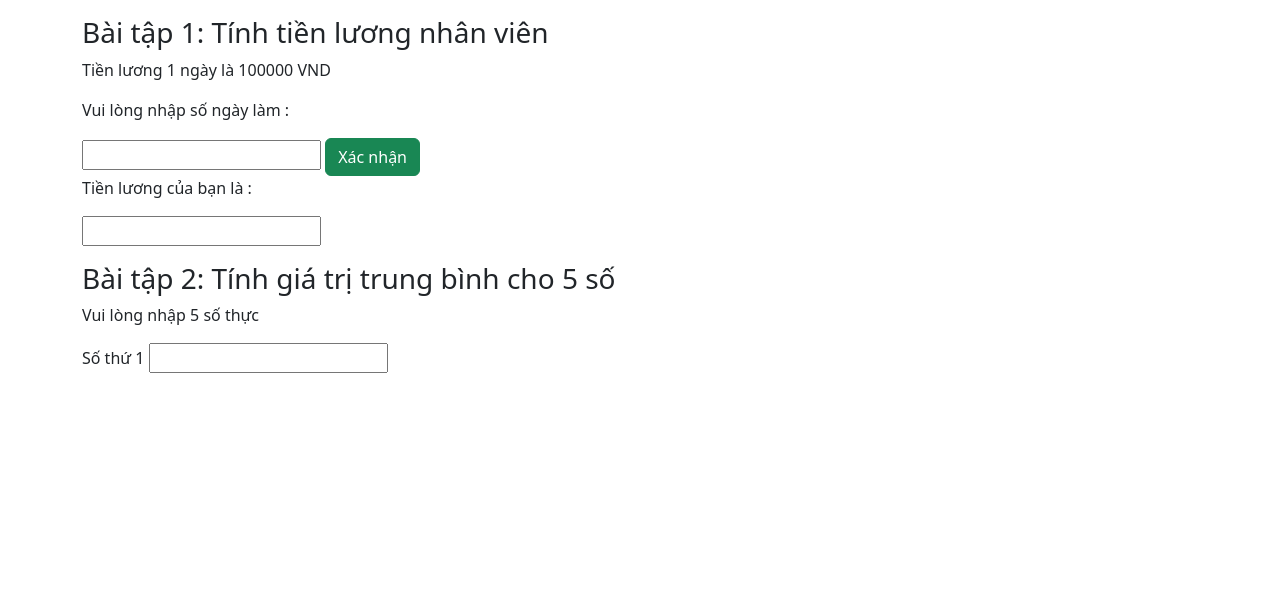
Repository: hcozyph/TranHuuPhuoc_BC43_BT_JS_Buoi2
Page: index.html
The author's editor kept a copy of each file at every save. The page is drawn from the files as they stood at one save, then again after the next save.
The browser window is 1280 px wide. The pictures show the whole page.

Above is the page before, as saved 2023-01-21 21:34:26.

After the next save:
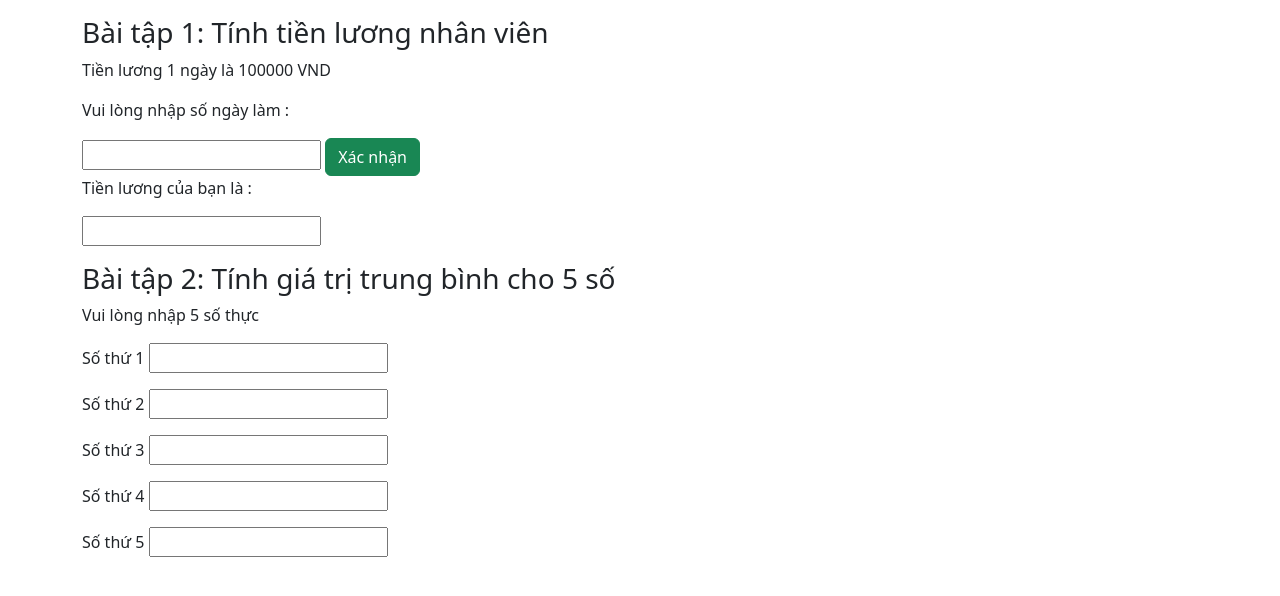
Saved 3 min 35 s later.
--- a/index.html
+++ b/index.html
@@ -53,7 +53,12 @@
                     Bài tập 2: Tính giá trị trung bình cho 5 số
                 </h1>
                 <p>Vui lòng nhập 5 số thực</p>
+
                 <p>Số thứ 1 <input type="text" id="n1" /></p>
+                <p>Số thứ 2 <input type="text" id="n2" /></p>
+                <p>Số thứ 3 <input type="text" id="n3" /></p>
+                <p>Số thứ 4 <input type="text" id="n4" /></p>
+                <p>Số thứ 5 <input type="text" id="n5" /></p>
             </div>
         </div>
 
